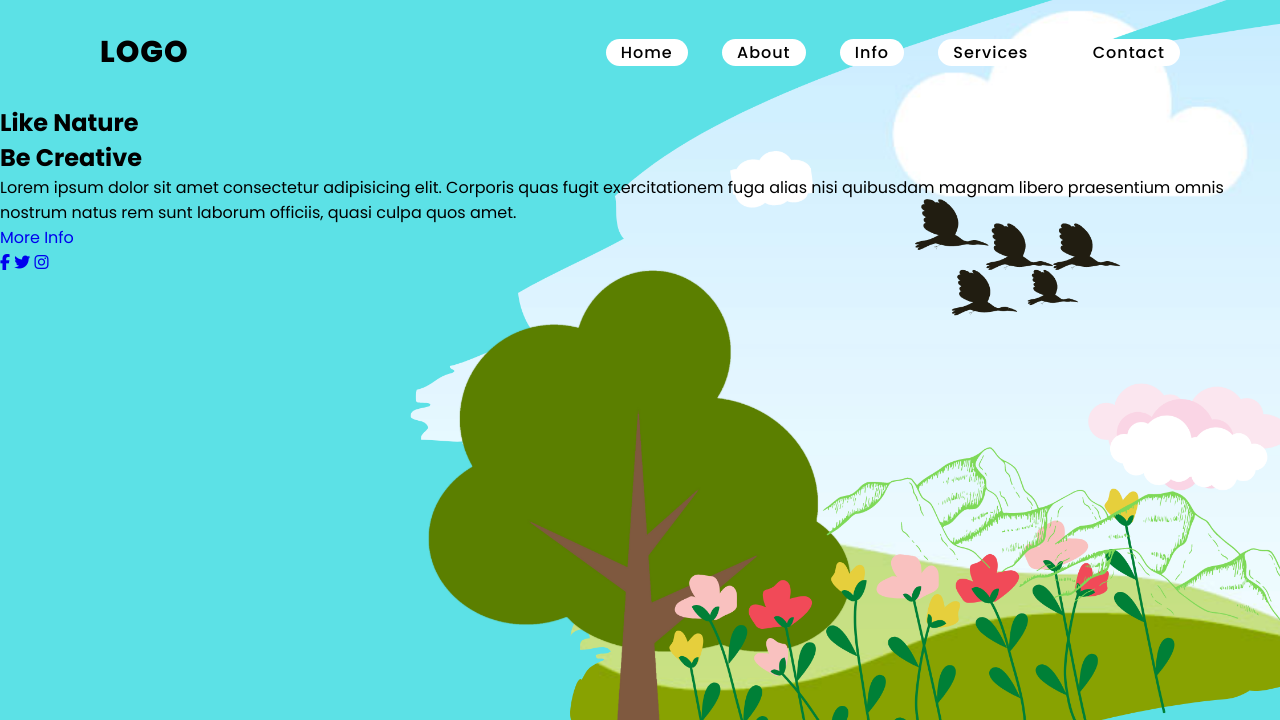
Repository: nganha241/CreativeNature
Page: index.html
These files come from the project's save history. The page is drawn as it stood at one moment and after the next save; the edit follows.
The browser window is 1280 px wide. The pictures show the whole page.
Some web libraries are served in a nearby version.

Above is the page before, as saved 2022-06-18 08:38:44.

After the next save:
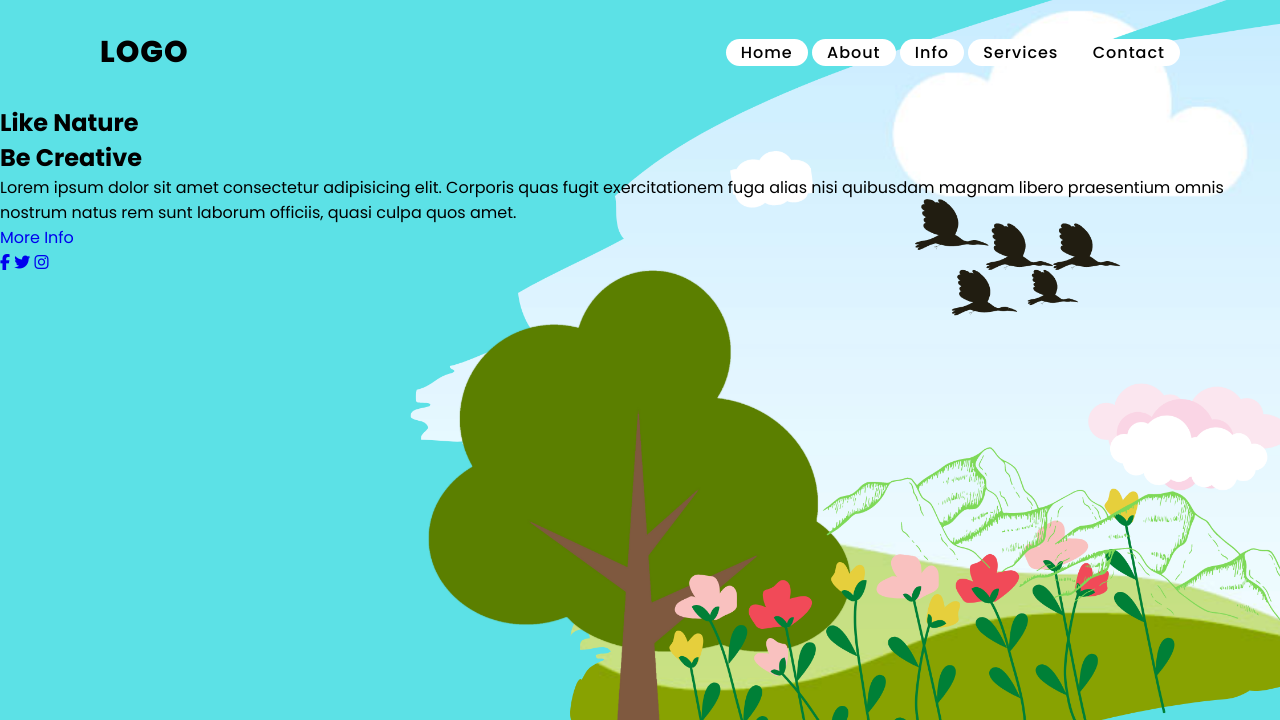
Saved 5 min 46 s later.
--- a/style.css
+++ b/style.css
@@ -52,5 +52,5 @@
 }
 
 header .navigation a:not(:last-child) {
-    margin-right: 30px;
+    /* margin-right: 30px; */
 }

After the save that followed:
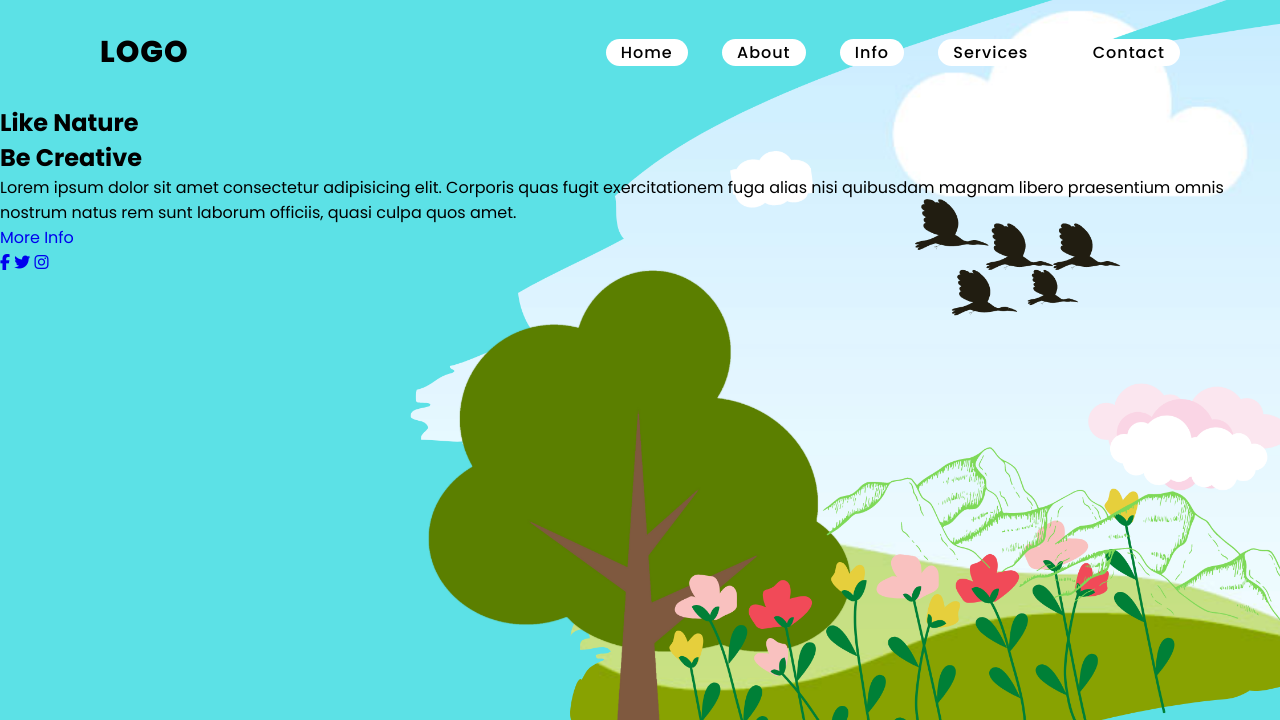
Saved 7 s later.
--- a/style.css
+++ b/style.css
@@ -52,5 +52,5 @@
 }
 
 header .navigation a:not(:last-child) {
-    /* margin-right: 30px; */
+    margin-right: 30px;
 }
